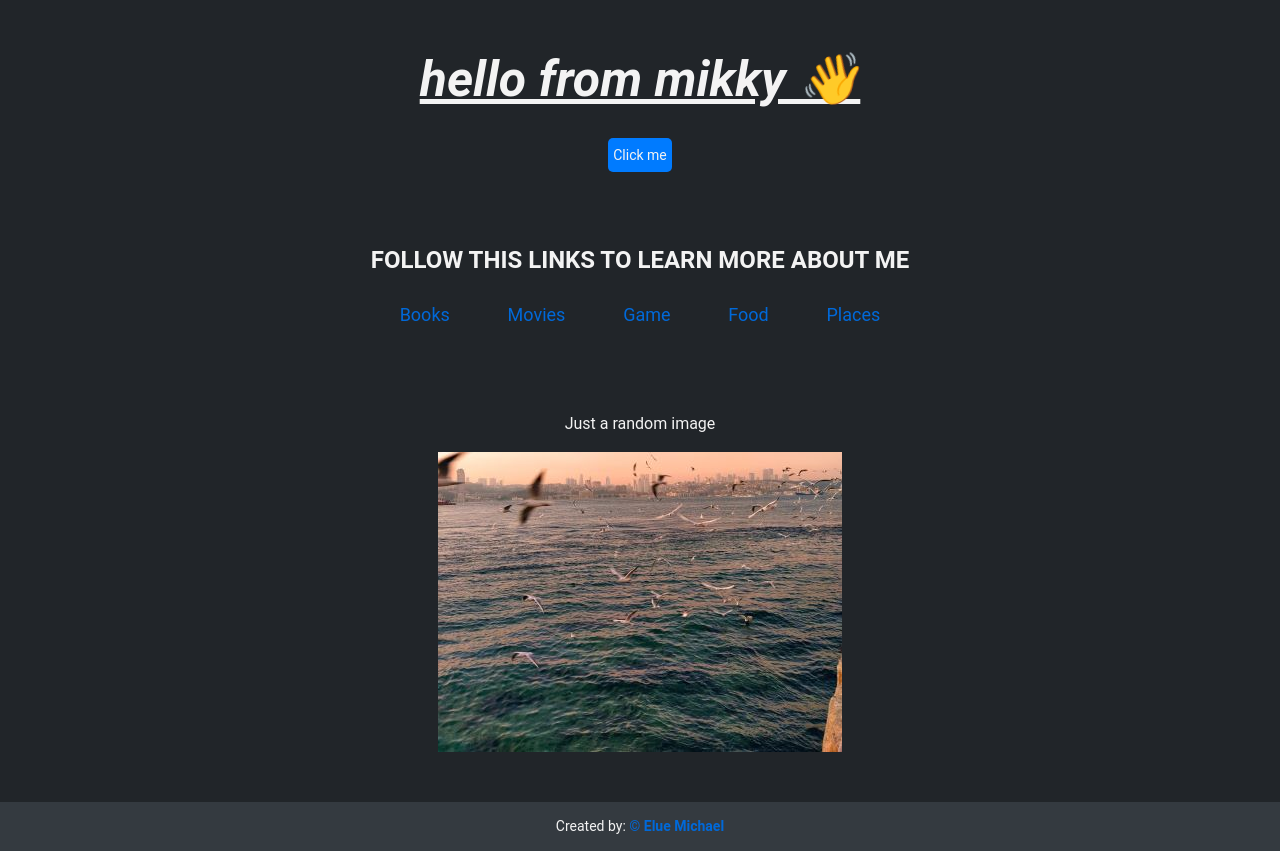
Repository: MikkyPrestige/html-website
Page: index.html
An editor plug-in stored every save of this project. The page is shown before and after the next save, followed by the edit.
The browser window is 1280 px wide. The pictures show the whole page.

Above is the page before, as saved 2023-04-29 14:57:50.

After the next save:
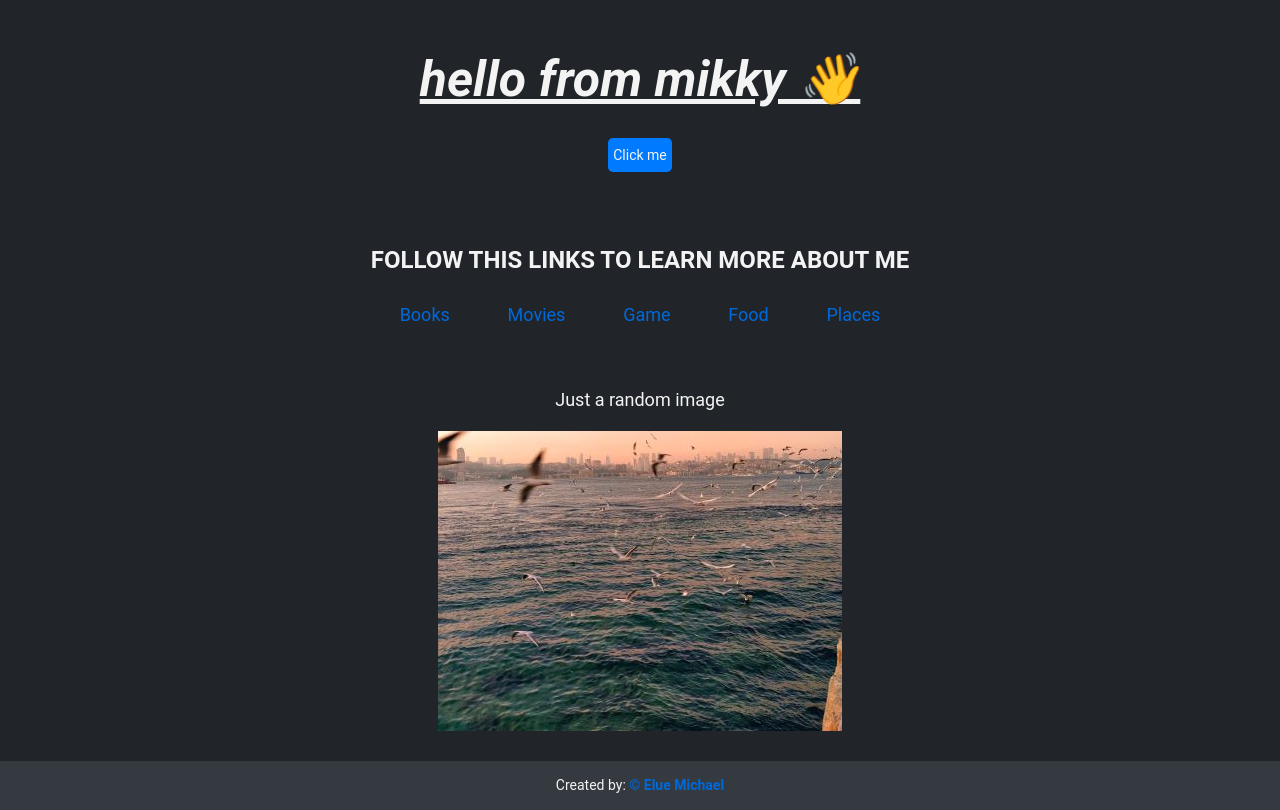
Saved 23 s later.
--- a/index.css
+++ b/index.css
@@ -54,8 +54,13 @@
   flex-direction: column;
   justify-content: center;
   align-items: center;
-  margin: 50px 0;
-
+  margin: 30px 0;
+}
+
+.img-text {
+  font-size: 18px;
+  font-weight: 400;
+  margin-top: 10px;
 }
 .section1 {
   display: flex;
